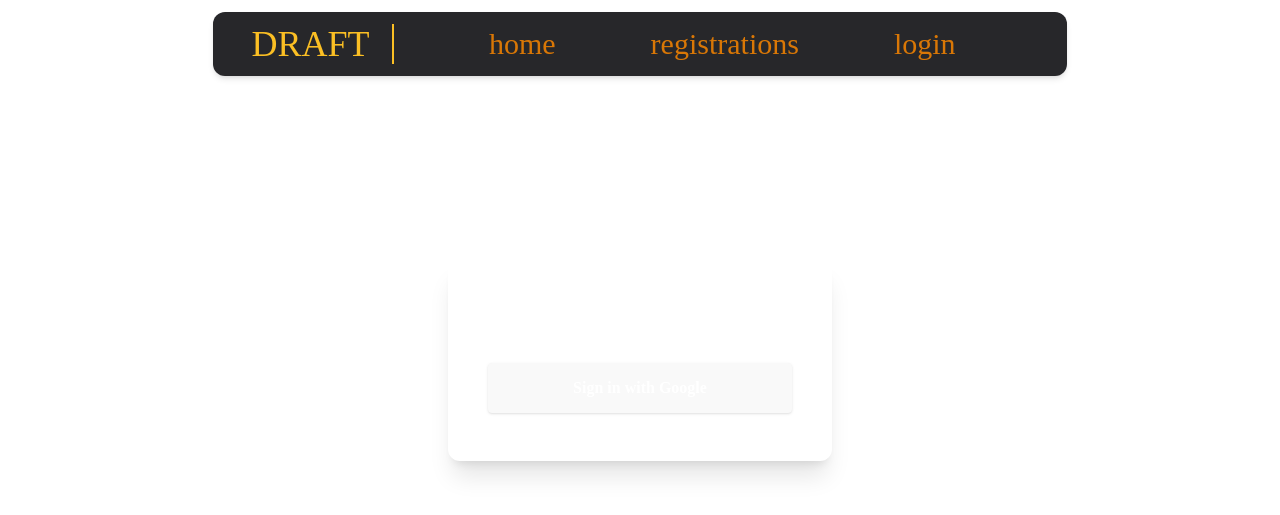
Repository: MehediMim/LeagueCrafter--Online-Auction-Platform-Project
Page: /login (app in my-app/)
These files come from the project's save history. The page is drawn as it stood at one moment and after the next save; the edit follows.
The browser window is 1280 px wide. The pictures show the whole page.
Some web fonts or font styles are not loaded; a fallback is used. The project was rebuilt for these pictures with package versions that can differ from the ones it lists, and the page was loaded fresh each time. Also part of the build but not shown: my-app/vite.config.js, my-app/src/pages/Home.jsx, my-app/src/pages/Dashboard.jsx.

Above is the page before, as saved 2025-05-24 23:58:20.

### my-app/src/index.css
@import url('https://fonts.googleapis.com/css2?family=Bebas+Neue&display=swap');
@import url('https://fonts.googleapis.com/css2?family=Raleway:wght@400;700&display=swap');
@import url('https://fonts.googleapis.com/css2?family=Jaro&display=swap');
@import url('https://fonts.googleapis.com/css2?family=WDXL+Lubrifont+TC&display=swap');


@tailwind base;
@tailwind components;
@tailwind utilities;



:root {
  font-family: system-ui, Avenir, Helvetica, Arial, sans-serif;
  line-height: 1.5;
  font-weight: 400;

  color-scheme: light dark;
  color: rgba(255, 255, 255, 0.87);
  background-color: #242424;

  font-synthesis: none;
  text-rendering: optimizeLegibility;
  -webkit-font-smoothing: antialiased;
  -moz-osx-font-smoothing: grayscale;
}

a {
  font-weight: 500;
  color: #646cff;
  text-decoration: inherit;
}
a:hover {
  color: #535bf2;
}

body {
  margin: 0;
  display: flex;
  place-items: center;
  min-width: 320px;
  min-height: 100vh;
}

h1 {
  font-size: 3.2em;
  line-height: 1.1;
}

button {
  border-radius: 8px;
  border: 1px solid transparent;
  padding: 0.6em 1.2em;
  font-size: 1em;
  font-weight: 500;
  font-family: inherit;
  background-color: #1a1a1a;
  cursor: pointer;
  transition: border-color 0.25s;
}
button:hover {
  border-color: #646cff;
}
button:focus,
button:focus-visible {
  outline: 4px auto -webkit-focus-ring-color;
}

@media (prefers-color-scheme: light) {
  :root {
    color: #213547;
    background-color: #ffffff;
  }
  a:hover {
    color: #747bff;
  }
  button {
    background-color: #f9f9f9;
  }
}

### my-app/src/App.jsx
import { BrowserRouter, Routes, Route } from "react-router-dom";
import Navbar from "./components/Navbar";
import Home from "./pages/Home";
import Dashboard from "./pages/Dashboard";
import Login from "./pages/Login";


export default function App() {
  return (
    <BrowserRouter>
      <Navbar />
      <Routes>
        <Route path="/" element={<Home />} />
        <Route path="/dashboard" element={<Dashboard />} />
        <Route path="/login" element={<Login />} />
        {/* <Route path="/auction" element={<AuctionRoom />} /> */}
        {/* <Route path="*" element={<NotFound />} /> */}
      </Routes>
    </BrowserRouter>
  );
}

### my-app/src/components/Navbar.jsx
import { Link } from "react-router-dom";

export default function Navbar(params) {
  return (
    <div className="h-16 w-screen absolute top-3 z-50 flex justify-center">
      <div className="bg-zinc-800 shadow-md p-4 rounded-xl w-2/3 flex items-center">
        {/* <div className="w-auto h-auto rounded-xl m-4 flex p-4"> */}
          <div className="w-1/4 border-r-2 border-amber-400 flex justify-center">
            <Link><h1 className="font-jaro text-4xl text-amber-400 hover:text-white">DRAFT</h1></Link>
          </div>
          <div className="w-full flex justify-evenly   items-center">
            <Link to="/" className="text-amber-600 hover:text-white"><h1 className="text-3xl font-jaro">home</h1></Link>
            <Link className="text-amber-600 hover:text-white"><h1 className="text-3xl font-jaro">registrations</h1></Link>
            <Link to="/login" className="text-amber-600 hover:text-white"><h1 className="text-3xl  font-jaro">login</h1></Link>
          </div>
        {/* </div> */}
      </div>
    </div>
  )
};

### my-app/src/pages/Login.jsx
import React, { useEffect } from 'react';
import { useAuth0 } from '@auth0/auth0-react';

export default function Login() {
  const { loginWithRedirect, getAccessTokenSilently, isAuthenticated } = useAuth0();

  useEffect(() => {
    const fetchData = async () => {
      try {
        const token = await getAccessTokenSilently();
        const res = await fetch('http://localhost:5000/api/private', {
          headers: {
            Authorization: `Bearer ${token}`,
          },
        });
        const data = await res.json();
        console.log('Backend response:', data);
      } catch (err) {
        console.error("Auth or fetch error:", err);
      }
    };

    if (isAuthenticated) {
      fetchData();
    }
  }, [isAuthenticated, getAccessTokenSilently]);

  return (
    <div className="flex justify-center items-center h-screen w-screen ">
      <div className="p-10 rounded-xl w-96 font-kanit text-center flex flex-col items-start  shadow-xl">
        <h1 className="text-4xl font-jaro text-white mb-6">Sign In</h1>

        <button
          onClick={() => loginWithRedirect()}
          className="flex items-center gap-4 justify-center text-white font-jaro px-6 py-3 rounded shadow hover:bg-white hover:text-black w-full font-semibold mb-2 "
        >
          Sign in with Google
        </button>
      </div>
    </div>
  );
}

### my-app/tailwind.config.js
/** @type {import('tailwindcss').Config} */
export default {
  content: [
    "./index.html",
    "./src/**/*.{js,ts,jsx,tsx}",
  ],
  theme: {
    extend: {
      fontFamily: {
        bebas: ['"Bebas Neue"', 'cursive'],
        raleway: ['Raleway', 'sans-serif'],
        jaro: ['Jaro', 'cursive'],
        lubrifont: ['Lubrifont', 'sans-serif'],
      },
    },
  },
  plugins: [],
}

Loaded but not shown: my-app/index.html (common file); my-app/src/main.jsx (common file)

After the next save:
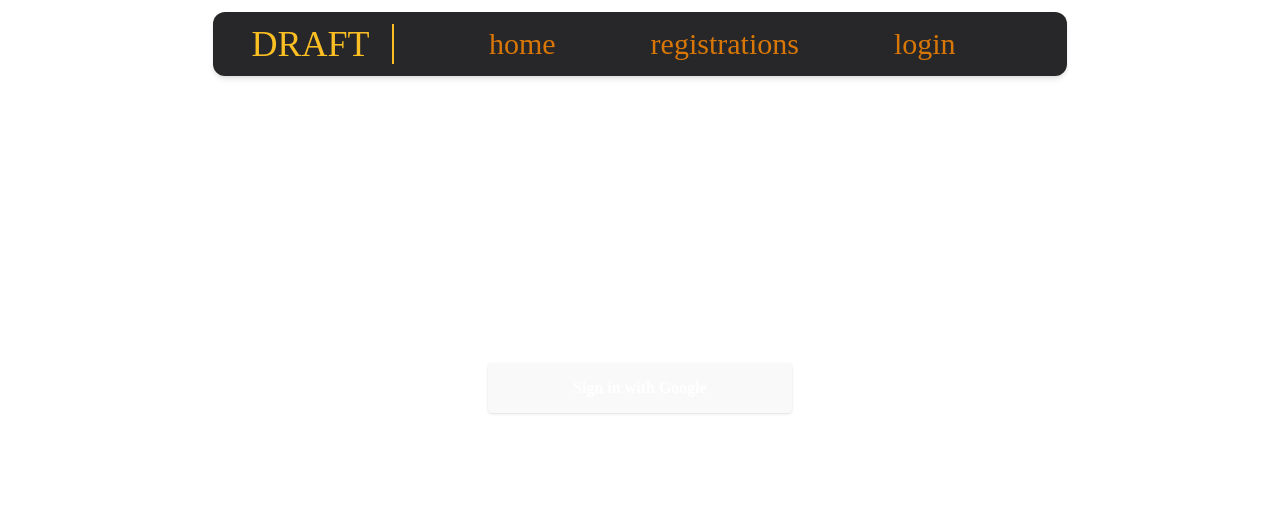
Saved 4 s later.
--- a/my-app/src/pages/Login.jsx
+++ b/my-app/src/pages/Login.jsx
@@ -27,7 +27,7 @@ export default function Login() {
 
   return (
     <div className="flex justify-center items-center h-screen w-screen ">
-      <div className="p-10 rounded-xl w-96 font-kanit text-center flex flex-col items-start  shadow-xl">
+      <div className="p-10 rounded-xl w-96 font-kanit text-center flex flex-col items-start ">
         <h1 className="text-4xl font-jaro text-white mb-6">Sign In</h1>
 
         <button
